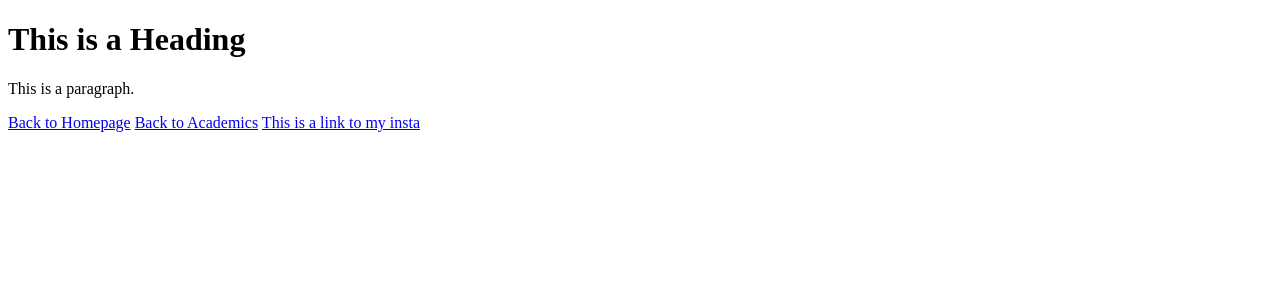
Repository: mativan15/mativan15
Page: university.html
An editor plug-in stored every save of this project. The page is shown before and after the next save, followed by the edit.
The browser window is 1280 px wide. The pictures show the whole page.

Above is the page before, as saved 2023-10-20 16:14:17.

After the next save:
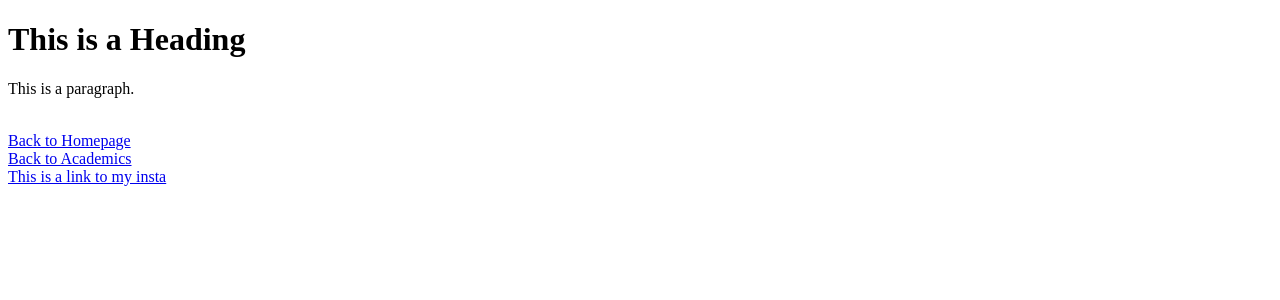
Saved 1 s later.
--- a/university.html
+++ b/university.html
@@ -8,10 +8,10 @@
 <body>
     <h1>This is a Heading</h1>
     <p>This is a paragraph.</p>
+    <br>
 
-
-    <a href="homepage.html">Back to Homepage</a>
-    <a href="academics.html">Back to Academics</a>
+    <a href="homepage.html">Back to Homepage</a><br>
+    <a href="academics.html">Back to Academics</a><br>
     <a href="https://www.instagram.com/ivimatthiass/">This is a link to my insta</a>
 
 </body>
